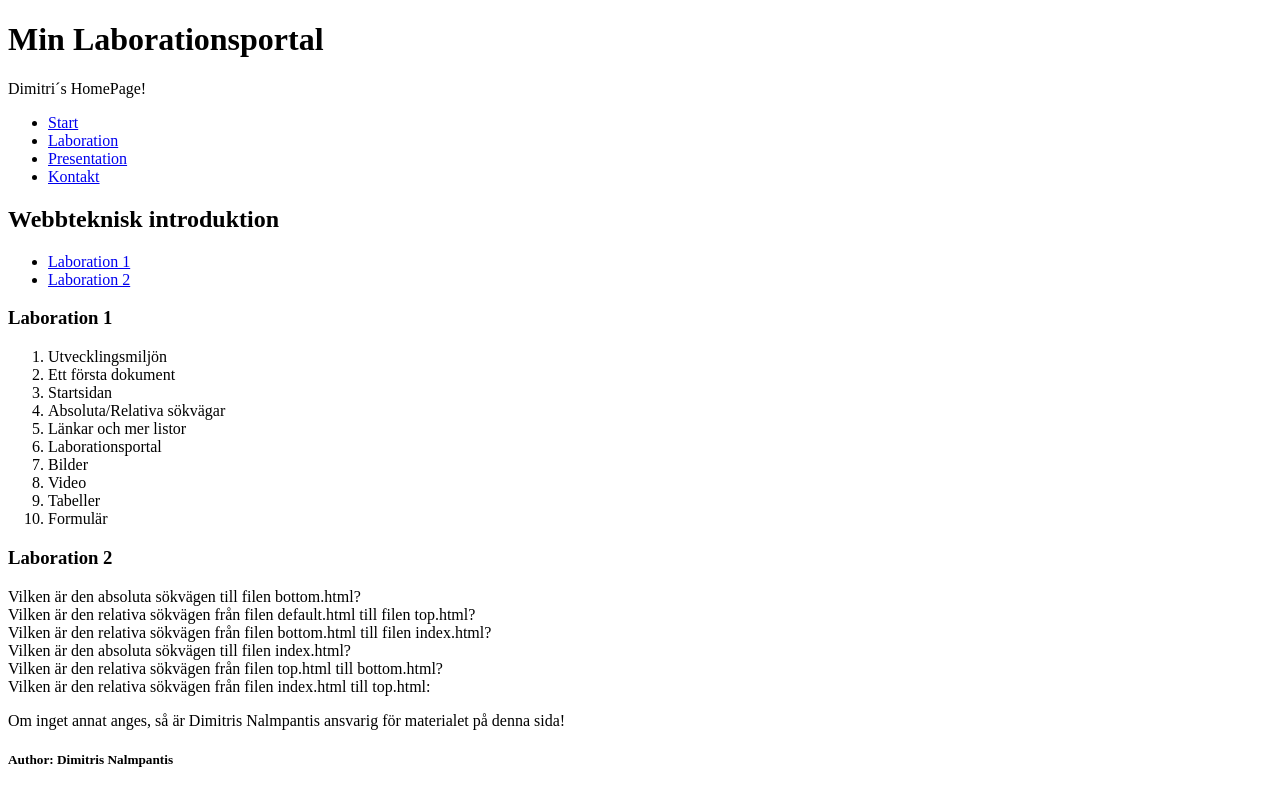
Repository: dn222em/1ik415-laborationer
Page: pages/laborationer.html
The author's editor kept a record of every edit. The page is drawn from the files as they stood at one moment, then again after the next edit.
The browser window is 1280 px wide. The pictures show the whole page.

Above is the page before.

### pages/laborationer.html
<!doctype html>
<html lang="sv">
	<head>
		<meta charset="utf-8" />
		<title>Laborationer</title>
	</head>
		<body>
		<h1>Min Laborationsportal</h1>
			<p>Dimitri´s HomePage!<p>

				<ul>
					<li><a href="../index.html">Start</a></li>
					<li><a href="../pages/laborationer.html">Laboration</a></li>
					<li><a href="../pages/Presentation.html">Presentation</a></li>
					<li><a href="../pages/Kontakt.html">Kontakt</a></li>
				</ul>

		<h2>Webbteknisk introduktion</h2>

    			<ul>
    			    <li><a href="#one">Laboration 1</a></li>
    			    <li><a href="#two">Laboration 2</a></li>
    			</ul>

    	<h3> <a id="one">Laboration 1</h3>

    	        <ol>
    	        	<li>Utvecklingsmiljön</li>
    	        	<li>Ett första dokument</li>
    	        	<li>Startsidan</li>
    	        	<li>Absoluta/Relativa sökvägar</li>
    	        	<li>Länkar och mer listor</li>
    	        	<li>Laborationsportal</li>
    	        	<li>Bilder</li>
    	        	<li>Video</li>
    	        	<li>Tabeller</li>
    	        	<li>Formulär</li>
    	        </ol>

    	<h3> <a id="two">Laboration 2</h3>

    	        <dl>
    	            <dt> Vilken är den absoluta sökvägen till filen bottom.html?</dt>
    	            <dt>Vilken är den relativa sökvägen från filen default.html till filen top.html?</dt>
    	            <dt>Vilken är den relativa sökvägen från filen bottom.html till filen index.html?</dt>
    	            <dt>Vilken är den absoluta sökvägen till filen index.html?</dt>
    	            <dt>Vilken är den relativa sökvägen från filen top.html till bottom.html?</dt>
    	            <dt>Vilken är den relativa sökvägen från filen index.html till top.html:</dt>
    	        </dl>

    	<p>Om inget annat anges, så är Dimitris Nalmpantis ansvarig för materialet på denna sida!</p>

		<h5>Author: Dimitris Nalmpantis</h5>

		</body>
</html>

After the next edit:
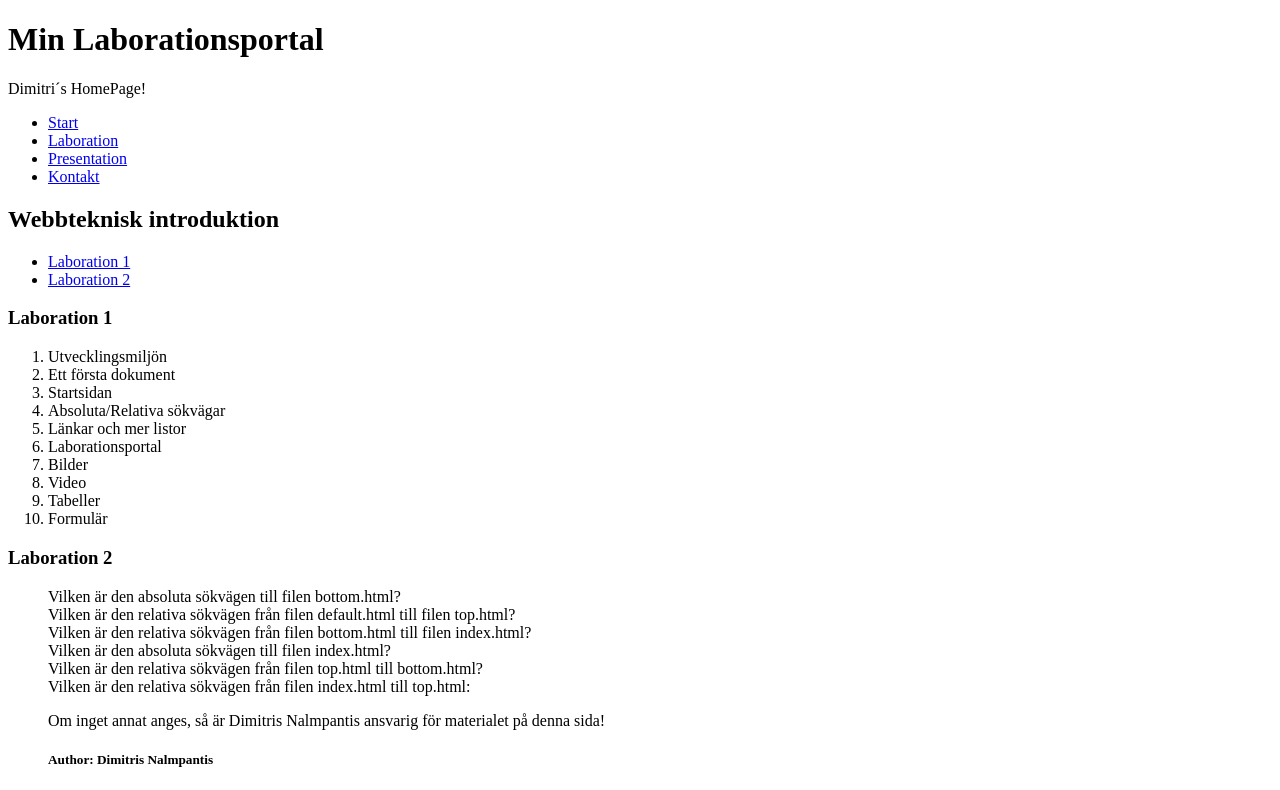
The edit:
--- a/pages/laborationer.html
+++ b/pages/laborationer.html
@@ -39,7 +39,7 @@
 
     	<h3> <a id="two">Laboration 2</h3>
 
-    	        <dl>
+    	       	<ol> <dl>
     	            <dt> Vilken är den absoluta sökvägen till filen bottom.html?</dt>
     	            <dt>Vilken är den relativa sökvägen från filen default.html till filen top.html?</dt>
     	            <dt>Vilken är den relativa sökvägen från filen bottom.html till filen index.html?</dt>
